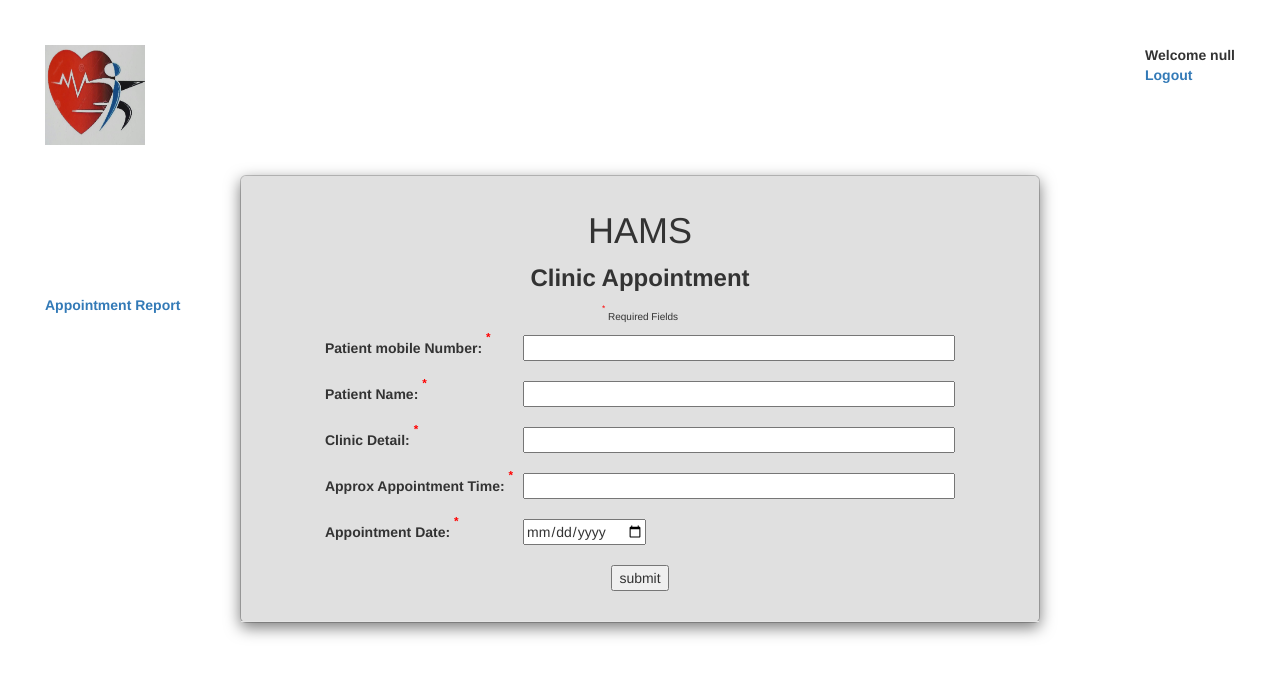
Repository: shiveshk/PullData
Page: http://localhost/Hams/edit.jsp
An editor plug-in stored every save of this project. The page is shown before and after the next save, followed by the edit.
The browser window is 1280 px wide. The pictures show the whole page.
The page is served by Tomcat 9. Other server files are loaded and not shown.

Above is the page before, as saved 2015-12-02 07:50:57.
Console error (its wording comes from the project's code and is left out).

### Hams/WebContent/edit.jsp
<?xml version="1.0" encoding="ISO-8859-1" ?>

<%@ page language="java" contentType="text/html; charset=ISO-8859-1" pageEncoding="ISO-8859-1"%>
<!DOCTYPE html>
<html xmlns="http://www.w3.org/1999/xhtml">
<head>
  <link rel="stylesheet" href="http://maxcdn.bootstrapcdn.com/bootstrap/3.3.5/css/bootstrap.min.css">
  <script src="http://maxcdn.bootstrapcdn.com/bootstrap/3.3.5/js/bootstrap.min.js"></script>
  <script src="validation.js"></script>

<link rel="stylesheet" type="text/css" href="hams.css">
<meta http-equiv="Content-Type" content="text/html; charset=ISO-8859-1" />
<title>hams</title>
<script>
  function redirect(elem){
	     elem.setAttribute("action","generateReport.jsp");
	     elem.submit();
	}
</script>


</head>



<body bgcolor='#E6E6FA'>
<div style=" margin-top: 45px; margin-right:45px"><b>
      <span style="float:right">
      	<%
			String username = (String)request.getSession().getAttribute("name");
			out.println("Welcome "+username);
		%><br />
		<a href="LogoutServlet">Logout</a>
      </span>
</b></div>
<img src = "images/HAMSLogo.jpg" alt="hamslogo" id="img1" style=" margin-left: 45px; "/>

<div style="margin-left: 45px; margin-top: 150px; position: absolute;  "><b>
	 <a href="generateReport.jsp" onsubmit=" redirect(this);">Appointment Report</a></b>
</div>

<div class="container" >

<center>
<div id="login-overlay" class="modal-dialog" style="width:800px;">
     <div class="modal-content" >
          <div class="modal-header" >

<h1>HAMS</h1>
	<p><b><font size=5>Clinic Appointment</font></b></p>
	<p><font size=1><sup>*</sup> Required Fields</font></p>

<form name="myForm" action="AppointmentServlet" method="post" onsubmit="return validate()">
	<div class="form-group">
<table >

	<tr class="row1">
	 	 <td><b>Patient mobile Number: <sup>*</sup></b> </td>
	 	 <td><input type="text" id="patient_mobile_number" name="patient_mobile_number" value="${sessionScope.patient_mobile_number}" size=50 maxlength=20 /></td>
	</tr>

	<tr class="row2">
		<td><b>Patient Name: <sup>*</sup></b></td>
		<td><input type="text" id="patient_name" name="patient_name" value="${sessionScope.patient_name}" size=50 maxlength=5000 /> </td>
	</tr>

	<tr class="row3">
	 	<td><b>Clinic Detail: <sup>*</sup></b> </td>
	 	<td><input type="text" id="clinic_detail" name="clinic_detail" value="${sessionScope.clinic_detail}" size=50 maxlength=5000  /></td>
	 </tr>

	<tr class="row4">
		<td style="padding-right: 10px"><b>Approx Appointment Time: <sup>*</sup></b></td>
		<td><input type="text" id="time" name="time" value="${sessionScope.time}" size=50 maxlength=5000 /> </td>
	</tr>

	<tr class="row5">
	 	<td style="padding-right: 10px"><b>Appointment Date: <sup>*</sup></b> </td>
	 	<td><input type="date" name="appointment_date" required value="${sessionScope.appointment_date} "></td>
	 </tr>

</table>

<input type="submit" name="submit" value="submit" style="margin-top: 20px;  "/>
</div>
</form>
		</div>
	</div>
</div>
</center>
</div>




</body>

</html>

### Hams/WebContent/validation.js
function validate()
{
   var w=document.forms["myForm"]["patient_name"].value;
   var x=document.forms["myForm"]["clinic_detail"].value;
   //var y=document.forms["myForm"]["token_no"].value;
   var z=document.forms["myForm"]["time"].value;
   if (w.trim().length<=0) // check length of your name field
   {
      alert("Patient Name must be filled out");
      return false;
   }
   if (x.trim().length<=0) // check length of your name field
   {
      alert("clinic detail must be filled out");
      return false;
   }
   if (z.trim().length<=0) // check length of your name field
   {
      alert("Appointment time Name must be filled out");
      return false;
   }

   //contact number validation
   var mobile_no = document.forms["myForm"]["patient_mobile_number"].value;
   if (/^\d{10}$/.test(mobile_no)) {
       // value is ok, use it
   } else {
       alert("Invalid number; must be ten digits")
       number.focus()
       return false
   }

   //time validation
   var strval = document.forms["myForm"]["time"].value;

   var strval1;

   //minimum lenght is 6. example 1:2 AM
   if(strval.length < 6)
   {
    alert("Invalid time. Time format should be HH:MM AM/PM.");
    return false;
   }

   //Maximum length is 8. example 10:45 AM
   if(strval.lenght > 8)
   {
    alert("invalid time. Time format should be HH:MM AM/PM.");
    return false;
   }

   //Removing all space
   strval = trimAllSpace(strval);

   //Checking AM/PM
   if(strval.charAt(strval.length - 1) != "M" && strval.charAt(
       strval.length - 1) != "m")
   {
    alert("Invalid time. Time shoule be end with AM or PM.");
    return false;

   }
   else if(strval.charAt(strval.length - 2) != 'A' && strval.charAt(
       strval.length - 2) != 'a' && strval.charAt(
       strval.length - 2) != 'p' && strval.charAt(strval.length - 2) != 'P')
   {
    alert("Invalid time. Time shoule be end with AM or PM.");
    return false;

}
   }

### Hams/WebContent/hams.css
@CHARSET "ISO-8859-1";
<style>

 p {
  white-space: pre;
 }
sup {
    vertical-align: super;
    font-size: smaller;
    color : red;
}
#login-overlay {
	width:500px;

}
#img1 {
	align: center;
	margin: auto;
	width: 100px;
	bottom: 100px;
    height: 100px;
}

.relative {
    position: relative;
    left: 10px;
    border: 3px solid #73AD21;
}

#img2 {
	align: center;
	margin: auto;
	bottom: 100px;
    height: 300px;
    width: 1350px;
}

#img3 {
    float: right;
    margin: 20px 0px 100px 100px;
}




tr.row2 td {
    padding-top: 20px;
}

tr.row3 td {
    padding-top: 20px;
}

tr.row4 td {
    padding-top: 20px;
}

tr.row5 td {
    padding-top: 20px;
}


.modal-content {
    background-color: #E0E0E0 ;
}

</style>

After the next save:
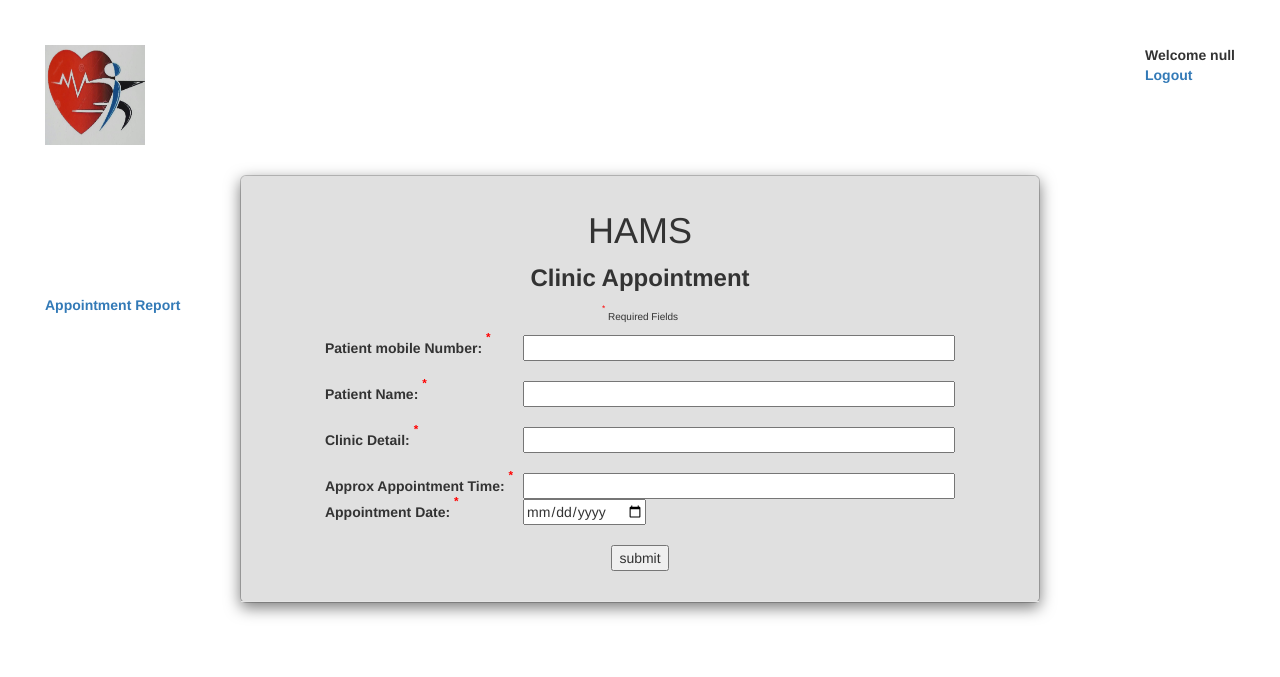
Saved 2 min 51 s later.
--- a/Hams/WebContent/hams.css
+++ b/Hams/WebContent/hams.css
@@ -55,9 +55,7 @@
     padding-top: 20px;
 }
 
-tr.row5 td {
-    padding-top: 20px;
-}
+
 
 
 .modal-content {

After the save that followed:
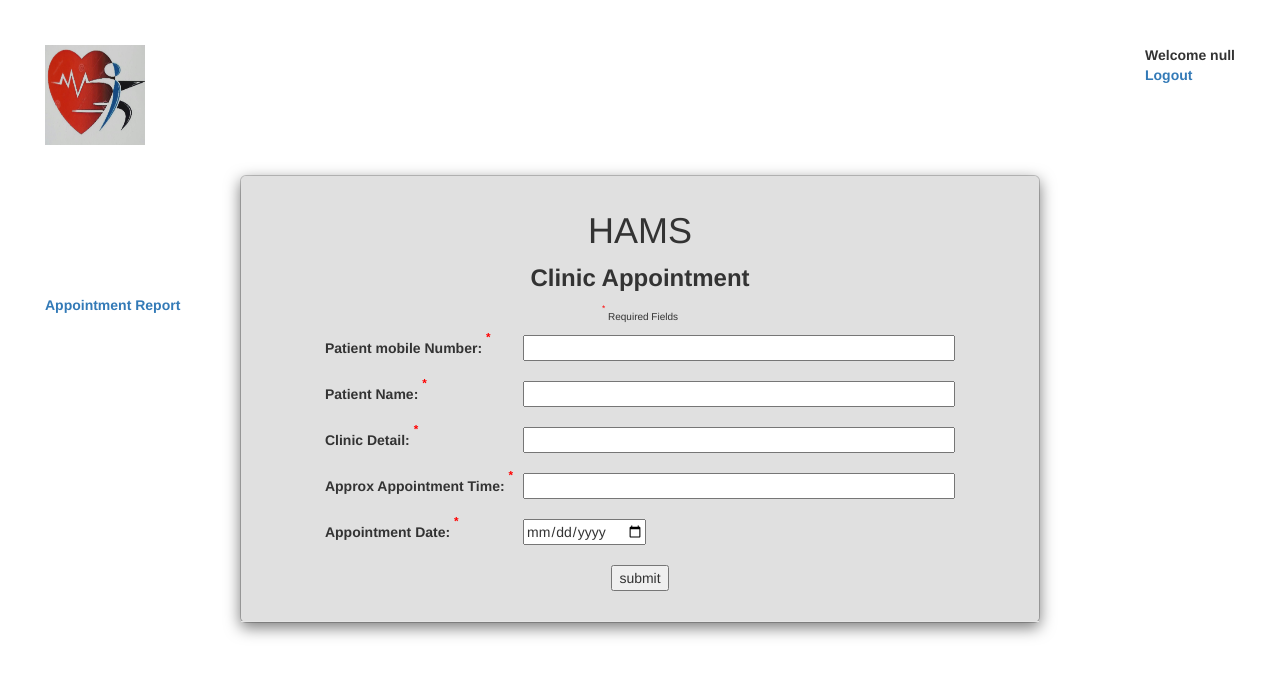
Saved 6 min 22 s later.
--- a/Hams/WebContent/hams.css
+++ b/Hams/WebContent/hams.css
@@ -55,7 +55,9 @@
     padding-top: 20px;
 }
 
-
+tr.row5 td {
+    padding-top: 20px;
+}
 
 
 .modal-content {
